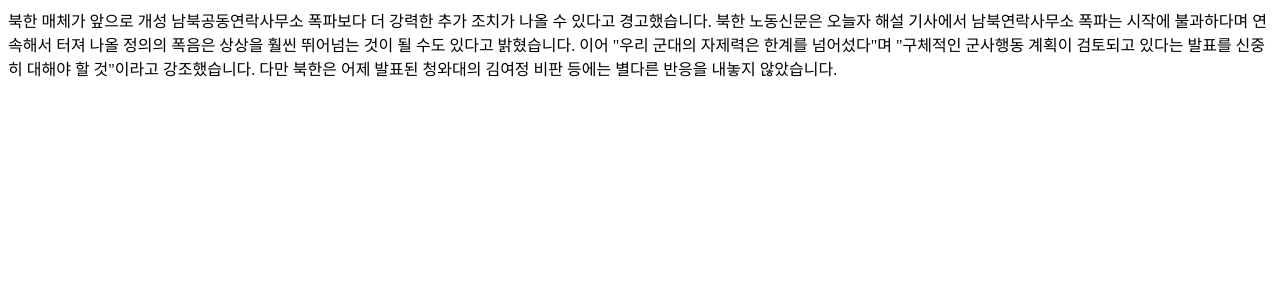
Repository: JeongWoo-Jang/Edu-Backup
Page: 5. HTML & CSS & JS/ClientTest/WebContent/WEB-INF/ex06_p.html
The author's editor kept a copy of each file at every save. The page is drawn from the files as they stood at one save, then again after the next save.
The browser window is 1280 px wide. The pictures show the whole page.

Above is the page before, as saved 2020-06-18 08:11:58.

After the next save:
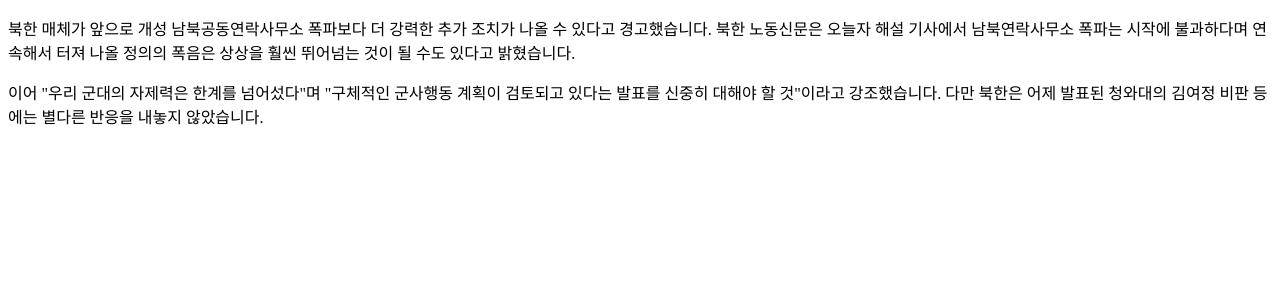
Saved 78 s later.
--- a/5. HTML & CSS & JS/ClientTest/WebContent/WEB-INF/ex06_p.html
+++ b/5. HTML & CSS & JS/ClientTest/WebContent/WEB-INF/ex06_p.html
@@ -14,13 +14,13 @@
 
 	 -->
 
-	 북한 매체가 앞으로 개성 남북공동연락사무소 폭파보다 더 강력한 추가 조치가 나올 수 있다고 경고했습니다.
+	 <p>북한 매체가 앞으로 개성 남북공동연락사무소 폭파보다 더 강력한 추가 조치가 나올 수 있다고 경고했습니다.
 
-북한 노동신문은 오늘자 해설 기사에서 남북연락사무소 폭파는 시작에 불과하다며 연속해서 터져 나올 정의의 폭음은 상상을 훨씬 뛰어넘는 것이 될 수도 있다고 밝혔습니다.
+북한 노동신문은 오늘자 해설 기사에서 남북연락사무소 폭파는 시작에 불과하다며 연속해서 터져 나올 정의의 폭음은 상상을 훨씬 뛰어넘는 것이 될 수도 있다고 밝혔습니다.</p>
 
-이어 "우리 군대의 자제력은 한계를 넘어섰다"며 "구체적인 군사행동 계획이 검토되고 있다는 발표를 신중히 대해야 할 것"이라고 강조했습니다.
+<p>이어 "우리 군대의 자제력은 한계를 넘어섰다"며 "구체적인 군사행동 계획이 검토되고 있다는 발표를 신중히 대해야 할 것"이라고 강조했습니다.
 
-다만 북한은 어제 발표된 청와대의 김여정 비판 등에는 별다른 반응을 내놓지 않았습니다.
+다만 북한은 어제 발표된 청와대의 김여정 비판 등에는 별다른 반응을 내놓지 않았습니다.</p>
 
 </body>
 </html>
